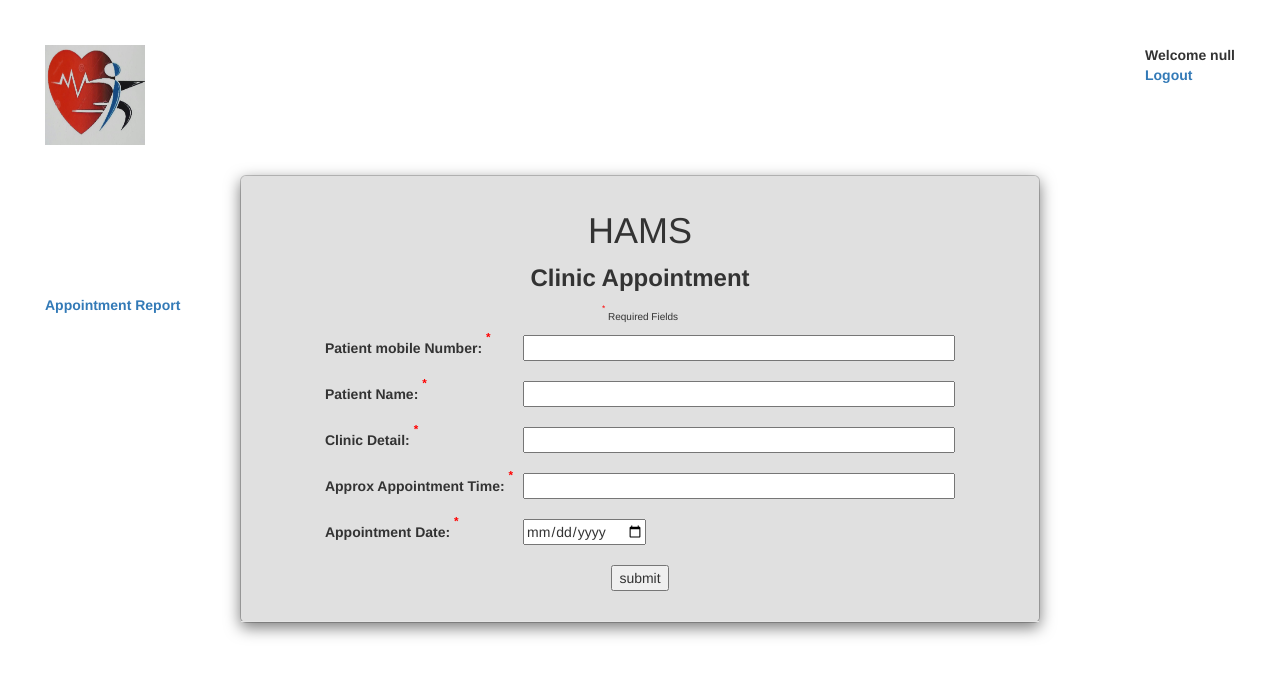
Repository: shiveshk/PullData
Page: http://localhost/Hams/edit.jsp
An editor plug-in stored every save of this project. The page is shown before and after the next save, followed by the edit.
The browser window is 1280 px wide. The pictures show the whole page.
The page is served by Tomcat 9. Other server files are loaded and not shown.

Above is the page before, as saved 2015-12-05 06:02:34.
Console error (its wording comes from the project's code and is left out).

### Hams/WebContent/edit.jsp
<?xml version="1.0" encoding="ISO-8859-1" ?>

<%@ page language="java" contentType="text/html; charset=ISO-8859-1" pageEncoding="ISO-8859-1"%>
<!DOCTYPE html>
<html xmlns="http://www.w3.org/1999/xhtml">
<head>
  <link rel="stylesheet" href="http://maxcdn.bootstrapcdn.com/bootstrap/3.3.5/css/bootstrap.min.css">
  <script src="http://maxcdn.bootstrapcdn.com/bootstrap/3.3.5/js/bootstrap.min.js"></script>
  <script src="validation.js"></script>

<link rel="stylesheet" type="text/css" href="hams.css">
<meta http-equiv="Content-Type" content="text/html; charset=ISO-8859-1" />
<title>hams</title>
<script>

</script>


</head>



<body>
<div style=" margin-top: 45px; margin-right:45px"><b>
      <span style="float:right">
      	<%
			String username = (String)request.getSession().getAttribute("name");
			out.println("Welcome "+username);
		%><br />
		<a href="LogoutServlet">Logout</a>
      </span>
</b></div>
<img src = "images/HAMSLogo.jpg" alt="hamslogo" id="img1" style=" margin-left: 45px; "/>

<div style="margin-left: 45px; margin-top: 150px; position: absolute;  "><b>
	 <a href="generateReport.jsp" onsubmit=" redirect(this);">Appointment Report</a></b>
</div>

<div class="container" >

<center>
<div id="login-overlay" class="modal-dialog" style="width:800px;">
     <div class="modal-content" >
          <div class="modal-header" >

<h1>HAMS</h1>
	<p><b><font size=5>Clinic Appointment</font></b></p>
	<p><font size=1><sup>*</sup> Required Fields</font></p>

<form name="myForm" action="AppointmentServlet" method="post" onsubmit="return validate()">
	<div class="form-group">
<table >

	<tr class="row1">
	 	 <td><b>Patient mobile Number: <sup>*</sup></b> </td>
	 	 <td><input type="text" id="patient_mobile_number" name="patient_mobile_number" value="${sessionScope.patient_mobile_number}" size=50 maxlength=20 /></td>
	</tr>

	<tr class="row2">
		<td><b>Patient Name: <sup>*</sup></b></td>
		<td><input type="text" id="patient_name" name="patient_name" value="${sessionScope.patient_name}" size=50 maxlength=5000 /> </td>
	</tr>

	<tr class="row3">
	 	<td><b>Clinic Detail: <sup>*</sup></b> </td>
	 	<td><input type="text" id="clinic_detail" name="clinic_detail" value="${sessionScope.clinic_detail}" size=50 maxlength=5000  /></td>
	 </tr>

	<tr class="row4">
		<td style="padding-right: 10px"><b>Approx Appointment Time: <sup>*</sup></b></td>
		<td><input type="text" id="time" name="time" value="${sessionScope.time}" size=50 maxlength=5000 /> </td>
	</tr>

	<tr class="row5">
	 	<td style="padding-right: 10px"><b>Appointment Date: <sup>*</sup></b> </td>
	 	<td><input type="date" name="appointment_date" required value="${sessionScope.appointment_date} "></td>
	 </tr>

</table>

<input type="submit" name="submit" value="submit" style="margin-top: 20px;  "/>
</div>
</form>
		</div>
	</div>
</div>
</center>
</div>




</body>

</html>

### Hams/WebContent/validation.js
function validate()
{
   var w=document.forms["myForm"]["patient_name"].value;
   var x=document.forms["myForm"]["clinic_detail"].value;
   //var y=document.forms["myForm"]["token_no"].value;
   var z=document.forms["myForm"]["time"].value;
   if (w.trim().length<=0) // check length of your name field
   {
      alert("Patient Name must be filled out");
      return false;
   }
   if (x.trim().length<=0) // check length of your name field
   {
      alert("clinic detail must be filled out");
      return false;
   }
   if (z.trim().length<=0) // check length of your name field
   {
      alert("Appointment time Name must be filled out");
      return false;
   }

   //contact number validation
   var mobile_no = document.forms["myForm"]["patient_mobile_number"].value;
   if (/^\d{10}$/.test(mobile_no)) {
       // value is ok, use it
   } else {
       alert("Invalid number; must be ten digits")
       number.focus()
       return false
   }

   //time validation
   var strval = document.forms["myForm"]["time"].value;

   var strval1;

   //minimum lenght is 6. example 1:2 AM
   if(strval.length < 6)
   {
    alert("Invalid time. Time format should be HH:MM AM/PM.");
    return false;
   }

   //Maximum length is 8. example 10:45 AM
   if(strval.lenght > 8)
   {
    alert("invalid time. Time format should be HH:MM AM/PM.");
    return false;
   }

   //Removing all space
   strval = trimAllSpace(strval);

   //Checking AM/PM
   if(strval.charAt(strval.length - 1) != "M" && strval.charAt(
       strval.length - 1) != "m")
   {
    alert("Invalid time. Time shoule be end with AM or PM.");
    return false;

   }
   else if(strval.charAt(strval.length - 2) != 'A' && strval.charAt(
       strval.length - 2) != 'a' && strval.charAt(
       strval.length - 2) != 'p' && strval.charAt(strval.length - 2) != 'P')
   {
    alert("Invalid time. Time shoule be end with AM or PM.");
    return false;

}
   }

### Hams/WebContent/hams.css
@CHARSET "ISO-8859-1";
<style>

 p {
  white-space: pre;
 }
sup {
    vertical-align: super;
    font-size: smaller;
    color : red;
}
#login-overlay {
	width:500px;

}
#img1 {
	align: center;
	margin: auto;
	width: 100px;
	bottom: 100px;
    height: 100px;
}

.relative {
    position: relative;
    left: 10px;
    border: 3px solid #73AD21;
}

#img2 {
	align: center;
	margin: auto;
	bottom: 100px;
    height: 300px;
    width: 1350px;
}

#img3 {
    float: right;
    margin: 20px 0px 100px 100px;
}

tr.row2 td {
    padding-top: 20px;
}

tr.row3 td {
    padding-top: 20px;
}

tr.row4 td {
    padding-top: 20px;
}

tr.row5 td {
    padding-top: 20px;
}


.modal-content {
    background-color: #E0E0E0 ;
}

</style>

After the next save:
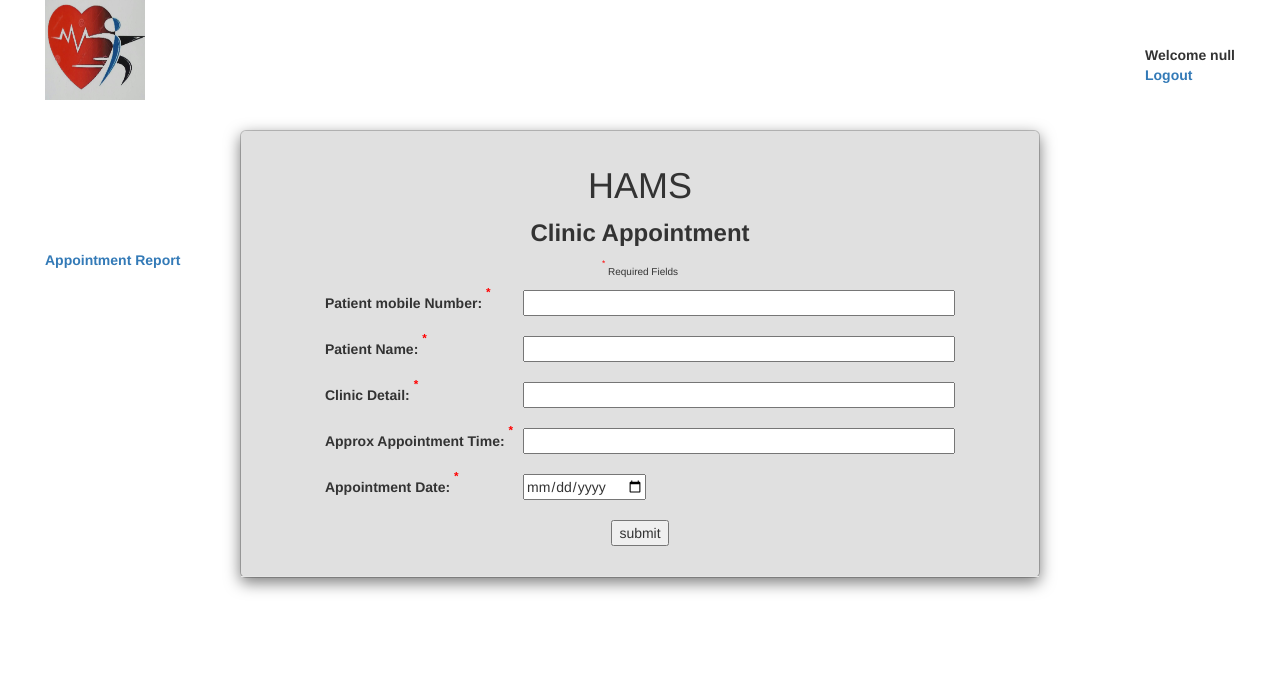
Saved 46 s later.
--- a/Hams/WebContent/edit.jsp
+++ b/Hams/WebContent/edit.jsp
@@ -21,15 +21,14 @@
 
 
 <body>
-<div style=" margin-top: 45px; margin-right:45px"><b>
-      <span style="float:right">
+<div style=" margin-top: 45px; margin-right:45px ;float:right"><b>
       	<%
 			String username = (String)request.getSession().getAttribute("name");
 			out.println("Welcome "+username);
-		%><br />
-		<a href="LogoutServlet">Logout</a>
-      </span>
+		%><br>
+      	<a href="LogoutServlet">Logout</a>
 </b></div>
+
 <img src = "images/HAMSLogo.jpg" alt="hamslogo" id="img1" style=" margin-left: 45px; "/>
 
 <div style="margin-left: 45px; margin-top: 150px; position: absolute;  "><b>
